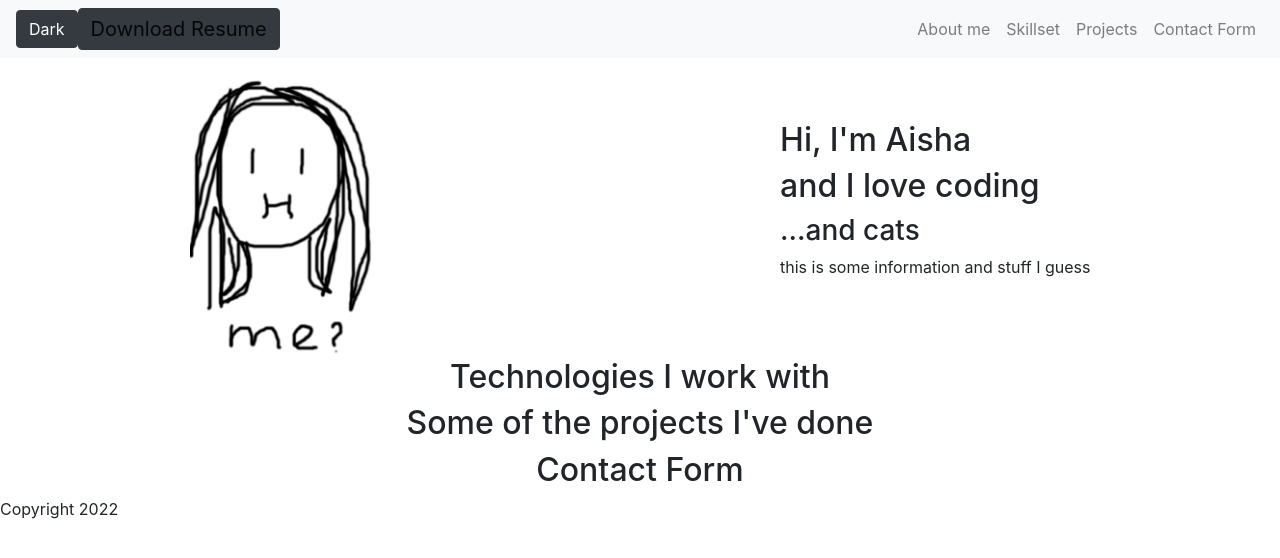
Repository: aishakapan/portfolio
Page: index.html
The author's editor kept a copy of each file at every save. The page is drawn from the files as they stood at one save, then again after the next save.
The browser window is 1280 px wide. The pictures show the whole page.
Some web libraries are served in a nearby version.

Above is the page before, as saved 2022-08-19 09:47:17.

### index.html
<!DOCTYPE html>
<html lang="en">
<head>
    <meta charset="UTF-8">
    <meta http-equiv="X-UA-Compatible" content="IE=edge">
    <meta name="viewport" content="width=device-width, initial-scale=1.0">
    <!-- bootstrap links -->
    <link rel="stylesheet" href="/styles/index.css">
    <link rel="stylesheet" href="https://cdn.jsdelivr.net/npm/bootstrap@4.0.0/dist/css/bootstrap.min.css" integrity="sha384-Gn5384xqQ1aoWXA+058RXPxPg6fy4IWvTNh0E263XmFcJlSAwiGgFAW/dAiS6JXm" crossorigin="anonymous">
    <title>Aisha Kapan</title>
</head>
<body>
    <nav class="navbar navbar-expand-lg navbar-light bg-light">
        <button class="navbar-toggler" type="button" data-toggle="collapse" data-target="#navbarToggler" aria-controls="navbarToggler" aria-expanded="false" aria-label="Toggle navigation">
            <span class="navbar-toggler-icon"></span>
        </button>
        <button type="button" class="btn btn-dark">Dark</button>
        <a class="btn btn-dark navbar-brand" href="#">Download Resume</a>
        <div class="collapse navbar-collapse justify-content-end" id="navbarToggler">
            <div class="navbar-nav">
                <a class="nav-item nav-link" href="#">About me</a>
                <a class="nav-item nav-link" href="#">Skillset </a>
                <a class="nav-item nav-link" href="#">Projects</a>
                <a class="nav-item nav-link" href="#">Contact Form</a>
            </div>
        </div>
    </nav>

    <main>
        <div class="about-container">
        <img src="img/temp.png" alt="my photo" class="about-item pfp">
        <article class="about-item">
            <h2>Hi, I'm Aisha</h2>
            <h2>and I love coding</h2>
            <!-- this will be changing text animation -->
            <h3>...and cats</h3>
            <p>this is some information and stuff I guess</p>
        </article>
        </div>
            <!-- bg image with a cat and hobbies  -->

        <section>
        <h2>Technologies I work with</h2>
            <!-- images/icons -->
        </section>

        <section>
            <h2>Some of the projects I've done</h2>
            <!-- image with descriptions and links -->
        </section>

        <section>
            <h2>Contact Form</h2>
            <!-- First/Last name/message form directed to my e-mail-->
        </section>




    </main>
    <footer>
        Copyright 2022
    </footer>
    <script src="https://code.jquery.com/jquery-3.2.1.slim.min.js" integrity="sha384-KJ3o2DKtIkvYIK3UENzmM7KCkRr/rE9/Qpg6aAZGJwFDMVNA/GpGFF93hXpG5KkN" crossorigin="anonymous"></script>
    <script src="https://cdn.jsdelivr.net/npm/popper.js@1.12.9/dist/umd/popper.min.js" integrity="sha384-ApNbgh9B+Y1QKtv3Rn7W3mgPxhU9K/ScQsAP7hUibX39j7fakFPskvXusvfa0b4Q" crossorigin="anonymous"></script>
    <script src="https://cdn.jsdelivr.net/npm/bootstrap@4.0.0/dist/js/bootstrap.min.js" integrity="sha384-JZR6Spejh4U02d8jOt6vLEHfe/JQGiRRSQQxSfFWpi1MquVdAyjUar5+76PVCmYl" crossorigin="anonymous"></script>
  </body>
</body>
</html>

### styles/index.css
* {
    margin: 0;
    padding: 0;
}

section > h2 {
    text-align: center;
}

.nav-container {
    display: flex;
    background-color: blueviolet;
    justify-content: space-between;
}


.about-container {
    display: flex;
    flex-wrap: wrap;
    justify-content: space-around;
    align-items: center;

}

.about-item {
    flex-basis: 1;
}


.pfp {
    max-width: 300px;
    max-height: 300px;
}

After the next save:
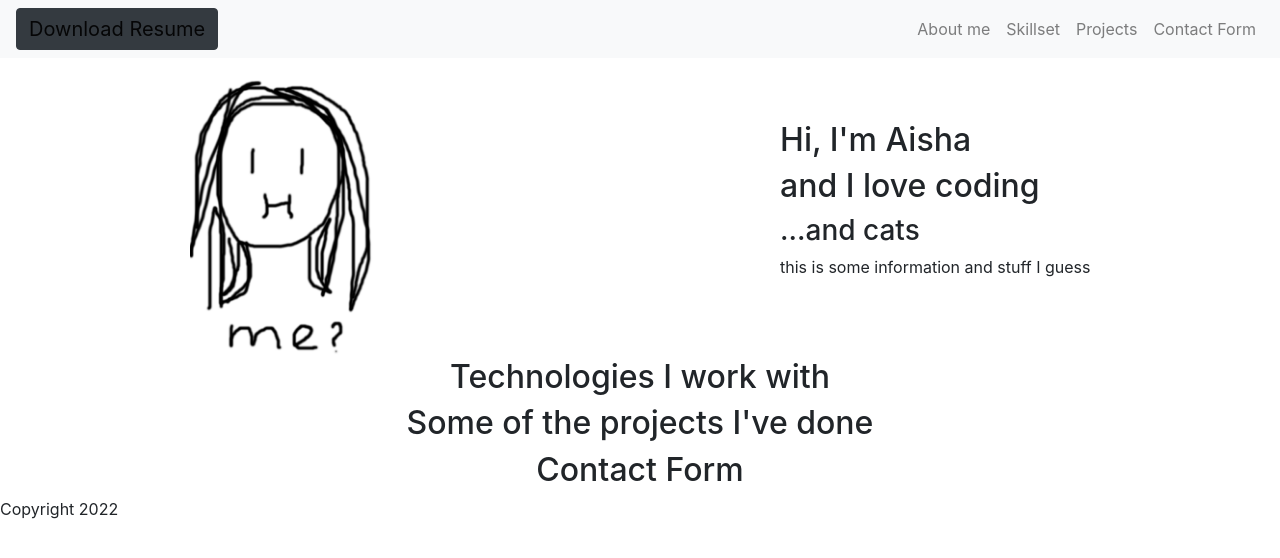
Saved 6 s later.
--- a/index.html
+++ b/index.html
@@ -14,7 +14,6 @@
         <button class="navbar-toggler" type="button" data-toggle="collapse" data-target="#navbarToggler" aria-controls="navbarToggler" aria-expanded="false" aria-label="Toggle navigation">
             <span class="navbar-toggler-icon"></span>
         </button>
-        <button type="button" class="btn btn-dark">Dark</button>
         <a class="btn btn-dark navbar-brand" href="#">Download Resume</a>
         <div class="collapse navbar-collapse justify-content-end" id="navbarToggler">
             <div class="navbar-nav">
